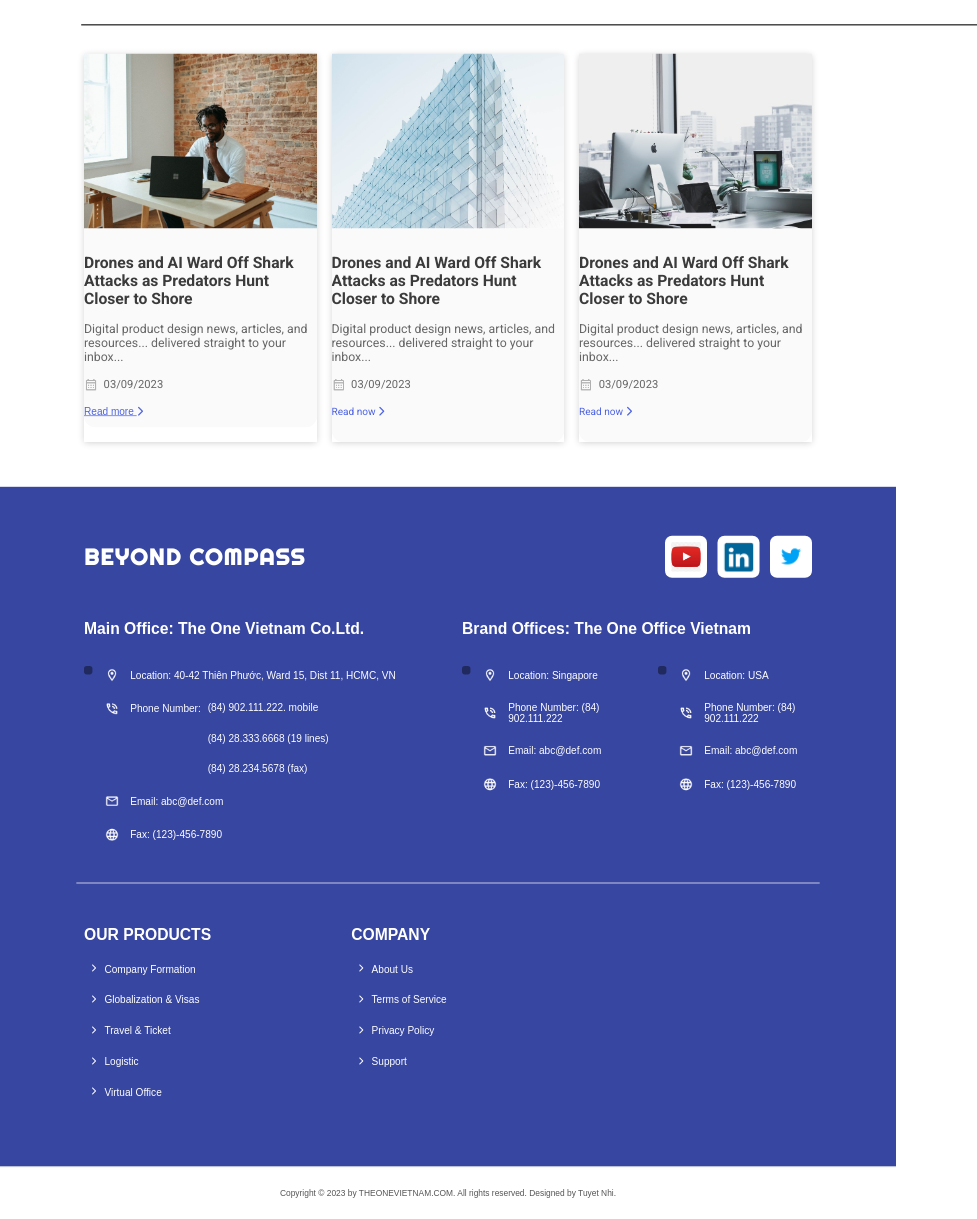
Repository: trunghau06/baitapRn
Page: pages/detailNews.html
These files come from the project's save history. The page is drawn as it stood at one moment and after a run of saves; the edit follows.
The browser window is 1280 px wide. The page is 1396 px wide, so the pictures cover 1396 px, including what lies to the right of the window. The pictures show the part of the page from y = 1359 to 3119 px (the page is 3100 px tall before and 3119 px after), at 70% of full size.
An inner scrolling area shows only its first screen.

Above is the page before, as saved 2025-10-12 12:14:08.

### pages/detailNews.html
<!DOCTYPE html>
<html lang="en">
<head>
    <meta charset="UTF-8">
    <meta name="viewport" content="width=device-width, initial-scale=1.0">
    <title>News</title>
    <link rel="stylesheet" href="../style/detailnews.css">
    <link rel="stylesheet" href="https://cdnjs.cloudflare.com/ajax/libs/font-awesome/6.5.1/css/all.min.css">
    <link href="https://fonts.googleapis.com/css2?family=Roboto:wght@400;700&display=swap" rel="stylesheet">
</head>
<body>
    <!-- Thanh Header -->
    <header>
        <div class="header-Page">
            <!-- Logo -->
            <div class="logo">BEYOND COMPASS</div>

            <!-- Navigation Menu -->
            <nav>
                <div class="menu-item"><a href="../index.html">HOME</a></div>
                <div class="menu-item"><a href="../pages/about.html">ABOUT US</a></div>
                <div class="menu-item"><a href="../pages/product.html">OUR PRODUCTS</a></div>
                <div class="menu-item active"><a href="../pages/news.html">NEWS</a></div>
                <div class="menu-item"><a href="../pages/team.html">OUR TEAM</a></div>
                <div class="menu-item"><a href="../pages/contact.html">CONTACT</a></div>
                <div class="menu-item"><a href="../pages/blogs.html">BLOGS</a></div>
            </nav>
        </div>
    </header>

    <div class="title-detail">
        <h1>
            Drones and AI Ward Off Shark Attacks<br>
            as Predators Hunt Closer to Shore
        </h1>

        <div class="time">
            <p>03/09/2023</p>

            <p>·</p>

            <p>7 minutes read</p>
        </div>
    </div>

    <div class="image-title">
        <img src="../Images/image_new_detail1.jpg" alt="">
    </div>

    <div class="content">
        <div class="left-content">
            <h2>
                Safeguarding Against Increasing Shark Attacks in
                Coastal Waters
            </h2>

            <p>
                In recent years, there has been a concerning rise in shark attacks in coastal waters around the
                world. As human activity in these areas continues to increase, so does the interaction between
                people and sharks. However, advancements in technology, specifically drones and artificial
                intelligence (AI), are offering promising solutions to safeguard against these incidents and
                protect beachgoers.
            </p>

            <p>
                One of the key advantages of drones is their ability to provide an aerial perspective of the coastal
                waters. Equipped with high-resolution cameras and real-time video streaming capabilities, drones
                can quickly and efficiently survey large stretches of coastline, identifying potential shark activity.
                This enables authorities to promptly alert beach authorities and visitors, allowing them to take
                necessary precautions or evacuate the area if needed.
            </p>

            <p>
                But it doesn't stop there. AI plays a crucial role in analyzing the vast amount of data collected by
                drones. By employing machine learning algorithms, AI systems can detect patterns and
                behaviors indicative of sharks. These algorithms can distinguish between different marine
                species, including sharks, based on their size, shape, and movement patterns. This automated
                analysis significantly reduces the time and effort required for human operators to manually
                review the drone footage, ensuring a more efficient and accurate identification process.
            </p>

            <p>
                In addition to real-time monitoring, drones equipped with AI can also act as early warning
                systems. By continuously monitoring the behavior of sharks in coastal waters, AI algorithms can
                predict the likelihood of an attack occurring. This proactive approach allows authorities to
                implement preventive measures such as deploying shark nets, increasing lifeguard presence, or
                even temporarily closing beaches during periods of heightened risk.
            </p>

            <h2>The Importance of Public Education and Awareness</h2>

            <p>
                Furthermore, the combination of drones and AI can facilitate rapid response strategies in the
                event of a shark sighting. Drones can quickly relay information to lifeguards or emergency
                responders, enabling them to reach the scene promptly and take appropriate action. This can
                include issuing warnings, guiding people away from the area, or initiating rescue operations if
                necessary.
            </p>

            <p>
                It's important to note that while drones and AI offer valuable tools in mitigating shark attacks,
                they should not be seen as a standalone solution. Public education and awareness programs are
                equally crucial in promoting responsible behavior and ensuring beachgoers understand the
                potential risks associated with entering the water. Additionally, ongoing research and
                collaboration between marine biologists, conservation organizations, and technology developers
                are vital in refining these technologies and enhancing their effectiveness over time.
            </p>

            <p>
                As we continue to navigate the delicate balance between human recreational activities and the
                natural environment, the integration of drones and AI in coastal safety measures represents a
                significant step forward. By harnessing the power of technology, we can better protect both
                humans and marine wildlife, creating a safer and more harmonious coexistence in our coastal
                waters.
            </p>

            <img src="../Images/image_new_detail2.jpg" alt="">
        </div>

        <div class="right-content">
            <div class="box-right">
                <h3>Summary</h3>

                <div class="number-active">
                    <button>1</button>

                    <p>
                        Safeguarding Against Increasing Shark
                        Attacks in Coastal Waters
                    </p>
                </div>

                <div class="number">
                    <button>2</button>

                    <p>
                        The Importance of Public Education and
                        Awareness
                    </p>
                </div>

                <div class="number">
                    <button>3</button>

                    <p>
                        Collaborating for Success: Scientists
                        Conservationists, and Technologists
                    </p>
                </div>

                <div class="number">
                    <button>4</button>

                    <p>
                        Striking a Balance: Protecting Humans
                        and Preserving Marine Ecosystems
                    </p>
                </div>
            </div>
        </div>
    </div>

    <div class="line-content"></div>

    <div class="box-section">
        <!-- box 1 -->
        <div class="box">
            <img src="../Images/image_new_2.jpg" alt="">

            <div class="content-box">
                <h4>
                    Drones and AI Ward Off Shark
                    Attacks as Predators Hunt Closer
                    to Shore
                </h4>

                <p>
                    Digital product design news, articles, and resources...
                    delivered straight to your inbox...
                </p>

                <div class="calendar-Box">
                    <img src="../Images/ic_calendar.png" alt="">

                    <p>03/09/2023</p>
                </div>

                <div class="detail-Box">
                    <a href="detailNews.html">Read more <i class="fas fa-chevron-right"></i></a>
                </div>
            </div>
        </div>

        <!-- box 2 -->
        <div class="box">
            <img src="../Images/image_new_3.jpg" alt="">

            <div class="content-box">
                <h4>
                    Drones and AI Ward Off Shark
                    Attacks as Predators Hunt Closer
                    to Shore
                </h4>

                <p>
                    Digital product design news, articles, and resources...
                    delivered straight to your inbox...
                </p>

                <div class="calendar-Box">
                    <img src="../Images/ic_calendar.png" alt="">

                    <p>03/09/2023</p>
                </div>

                <div class="detail-Box">
                    <p>Read now <i class="fas fa-chevron-right"></i></p>
                </div>
            </div>
        </div>

        <!-- box 3 -->
        <div class="box">
            <img src="../Images/image_new_4.jpg" alt="">

            <div class="content-box">
                <h4>
                    Drones and AI Ward Off Shark
                    Attacks as Predators Hunt Closer
                    to Shore
                </h4>

                <p>
                    Digital product design news, articles, and resources...
                    delivered straight to your inbox...
                </p>

                <div class="calendar-Box">
                    <img src="../Images/ic_calendar.png" alt="">

                    <p>03/09/2023</p>
                </div>

                <div class="detail-Box">
                    <p>Read now <i class="fas fa-chevron-right"></i></p>
                </div>
            </div>
        </div>
    </div>

    <!-- Footer -->
    <div class="footer">
        <!-- Header -->
        <div class="header-Footer">
            <h2>BEYOND COMPASS</h2>
            <div class="social-icons">
                <button><img src="../Images/youtube.png" alt="YouTube"></button>
                <button><img src="../Images/logo_linkedin.png" alt="LinkedIn"></button>
                <button><img src="../Images/image.png" alt="Twitter"></button>
            </div>
        </div>

        <!-- Offices -->
        <div class="offices">
            <!-- Main Office -->
            <div class="office">
                <h3>Main Office: The One Vietnam Co.Ltd.</h3>
                <div class="office-info">
                    <span class="square"></span>

                    <div class="content-info">
                        <p><img src="../Images/ic_map.png" alt="">Location: 40-42 Thiên Phước, Ward 15, Dist 11, HCMC, VN</p>

                        <div class="phone-group">
                            <p><img src="../Images/ic_phone.png" alt="">Phone Number: </p>

                            <div class="phone">
                                <p>(84) 902.111.222. mobile</p>
                                <p>(84) 28.333.6668 (19 lines)</p>
                                <p>(84) 28.234.5678 (fax)</p>
                            </div>
                        </div>

                        <p><img src="../Images/ic_email.png" alt="">Email: abc@def.com</p>
                        <p><img src="../Images/ic_global.png" alt="">Fax: (123)-456-7890</p>
                    </div>
                </div>
            </div>

            <!-- Brand Offices -->
            <div class="office">
                <h3>Brand Offices: The One Office Vietnam</h3>
                <div class="brand-offices">
                    <div class="office-info">
                        <span class="square"></span>

                        <div class="content-info">
                            <p><img src="../Images/ic_map.png" alt="Location">Location: Singapore</p>
                            <p><img src="../Images/ic_phone.png" alt="Phone">Phone Number: (84) 902.111.222</p>
                            <p><img src="../Images/ic_email.png" alt="Email">Email: abc@def.com</p>
                            <p><img src="../Images/ic_global.png" alt="Fax">Fax: (123)-456-7890</p>
                        </div>
                    </div>

                    <div class="office-info">
                        <span class="square"></span>

                        <div class="content-info">
                            <p><img src="../Images/ic_map.png" alt="">Location: USA</p>
                            <p></span><img src="../Images/ic_phone.png" alt="">Phone Number: (84) 902.111.222</p>
                            <p></span><img src="../Images/ic_email.png" alt="">Email: abc@def.com</p>
                            <p></span><img src="../Images/ic_global.png" alt="">Fax: (123)-456-7890</p>
                        </div>
                    </div>
                </div>
            </div>
        </div>

        <div class="line"></div>

        <div class="footer-links">
            <div class="link-column">
            <h4>OUR PRODUCTS</h4>
            <ul>
                <li><i class="fas fa-chevron-right"></i> Company Formation</li>
                <li><i class="fas fa-chevron-right"></i> Globalization & Visas</li>
                <li><i class="fas fa-chevron-right"></i> Travel & Ticket</li>
                <li><i class="fas fa-chevron-right"></i> Logistic</li>
                <li><i class="fas fa-chevron-right"></i> Virtual Office</li>
            </ul>
            </div>

            <div class="link-column">
            <h4>COMPANY</h4>
            <ul>
                <li><i class="fas fa-chevron-right"></i> About Us</li>
                <li><i class="fas fa-chevron-right"></i> Terms of Service</li>
                <li><i class="fas fa-chevron-right"></i> Privacy Policy</li>
                <li><i class="fas fa-chevron-right"></i> Support</li>
            </ul>
            </div>
        </div>

        <footer class="footer-bottom">
            <p>Copyright © 2023 by THEONEVIETNAM.COM. All rights reserved. Designed by Tuyet Nhi.</p>
        </footer>
    </div>
</body>
</html>

### style/detailnews.css
@import url('https://fonts.googleapis.com/css2?family=Righteous&display=swap');

* {
    margin: 0;
    padding: 0;
    box-sizing: border-box;
}

body {
    font-family: Arial, sans-serif;
}

/* Header */
.header-Page {
    position: fixed;
    top: 0;
    left: 0;
    width: 100%;
    margin: 0 auto;
    padding: 0 104px;
    display: flex;
    justify-content: space-between;
    align-items: center;
    height: 80px;
    background-color: white;
    z-index: 1000;
}


/* Logo */
.logo {
    font-family: 'Righteous', Arial, sans-serif;
    color: #2A367C;
    font-size: 1.8em;
    font-weight: 400;
}

/* Menu */
nav {
    display: flex;
    gap: 30px;
    align-items: flex-end;
    align-self: flex-end;
}

.menu-item {
    padding: 12px 16px 28px 16px;
    display: flex;
    justify-content: center;
    border-bottom: 4px solid transparent;
    transition: border-color 0.3s;
}

.menu-item:hover {
    border-bottom-color: #3746A0;
}

.menu-item.active {
    border-bottom-color: #3746A0;
}

.menu-item a {
    text-decoration: none;
    color: #666666;
    font-size: 1em;
    font-weight: 700;
    font-family: 'Roboto', Arial, sans-serif;
}

.title-detail {
    margin-top: 100px;
    width: 100%;
    display: flex;
    justify-items: center;
    align-items: center;
    text-align: center;
    flex-direction: column;
}

.title-detail h1 {
    font-size: 3em;
    font-weight: 700;
    color: #3B3B3B;
    line-height: 1.4;
    margin-bottom: 20px;
}

.time {
    width: 100%;
    display: flex;
    justify-content: center;
    align-items: center;
    gap: 12px;
    color: #B0B0B0;
    font-size: 1.4em;
}

.image-title {
    width: 100%;
    margin: 30px 0;
    display: flex;
    padding: 0 120px;
    justify-content: center;
}

.image-title img {
    width: 100%;
    aspect-ratio: 3/1;
    object-fit: cover;
}

.content {
    width: 100%;
    margin: 80px auto;
    display: flex;
    gap: 40px;
    padding: 0 160px;
    align-items: flex-start;
}

.left-content {
    width: 50%;
    display: flex;
    flex-direction: column;
    justify-items: flex-start;
    align-items: flex-start;
    overflow-y: auto;
    box-sizing: border-box;
    line-height: 1.6;
    height: 80vh;
    padding-right: 12px;
    scrollbar-width: none;
    -ms-overflow-style: none;
}

.left-content::-webkit-scrollbar {
    display: none;
}
.left-content h2 {
    font-size: 2em;
    color: #3B3B3B;
    margin-bottom: 32px;
}

.left-content p {
    font-size: 1.2em;
    color: #666666;
    margin-bottom: 32px;
}

.left-content img {
    width: 100%;
    aspect-ratio: 4/3;
    object-fit: cover;
}

.right-content {
    width: 50%;
    display: flex;
    flex-direction: column;
    justify-items: center;
    align-items: center;
}

.box-right {
    width: 90%;
    display: flex;
    flex-direction: column;
    justify-items: flex-start;
    align-items: flex-start;
    border: 1px solid #B0B0B0;
    border-radius: 24px;
    padding: 20px;
}

.box-right h3 {
    font-size: 2em;
    color: #3B3B3B;
    margin-bottom: 32px;
}

.number {
    width: 100%;
    display: flex;
    justify-items: flex-start;
    align-items: flex-start;
    gap: 12px;
}

.number button {
    width: 24px;
    height: 24px;
    flex-shrink: 0;
    border-radius: 50%;
    border: none;
    background-color: #EBEBEB;
    color: #B0B0B0;
    font-size: 1.4em;
    display: flex;
    justify-content: center;
    align-items: center;
}

.number p {
    font-size: 1.2em;
    color: #B0B0B0;
    margin-bottom: 32px;
    line-height: 1.5;
    letter-spacing: 1;
}

.number-active {
    width: 100%;
    display: flex;
    justify-items: flex-start;
    align-items: flex-start;
    gap: 12px;
}

.number-active button {
    width: 24px;
    height: 24px;
    flex-shrink: 0;
    border-radius: 50%;
    border: none;
    background-color: #666666;
    color: #FFFFFF;
    font-weight: bold;
    font-size: 1.4em;
    display: flex;
    justify-content: center;
    align-items: center;
}

.number-active p {
    font-size: 1.2em;
    color: #3B3B3B;
    margin-bottom: 32px;
    line-height: 1.5;
    letter-spacing: 1;line-height: 1.5;
    letter-spacing: 1;
}

.line-content {
    width: 100%;
    display: flex;
    margin: 0 116px;
    height: 2px;
    background: #3B3B3B;
}

.box-section {
    display: flex;
    flex-wrap: wrap;
    width: 100%;
    padding: 40px 120px;
    justify-content: space-between;
    align-items: stretch;
}

.box {
    width: 32%;
    overflow: hidden;
    display: flex;
    flex-direction: column;
    justify-items: center;
    align-items: center;
    padding: 0;
    margin-bottom: 24px;
    box-shadow: 0 2px 10px rgba(0,0,0,0.2);
}

.box img {
    width: 100%;
    aspect-ratio: 4/3;
    object-fit: cover;
}

.content-box {
    width: 100%;
    display: flex;
    flex-direction: column;
    align-items: flex-start;
    justify-content: flex-start;
    padding: 15px 0 15px 0;
    background-color: #FAFAFA;
    border-radius: 0 0 16px 16px;
}

.content-box h4 {
    font-family: 'Roboto', Arial, sans-serif;
    color: #3B3B3B;
    font-size: 1.4em;
    font-weight: 700;
    margin: 20px 0;
    justify-items: flex-start;
}

.content-box p {
    font-family: 'Roboto', Arial, sans-serif;
    font-size: 1.1em;
    font-weight: 400;
    margin-bottom: 20px;
    justify-items: flex-start;
    color: #666666 !important;
}

.calendar-Box {
    width: 100%;
    display: flex;
    align-items: center;
    gap: 8px;
    margin-bottom: 20px;
    justify-items: flex-start;
}

.calendar-Box img {
    width: 20px;
    height: 20px;
}

.calendar-Box p {
    font-family: 'Roboto', Arial, sans-serif;
    font-size: 1em;
    font-weight: 500;
    color: #B0B0B0;
    margin: 0;
}

.detail-Box {
    display: flex;
    width: 100%;
    font-size: 0.9em;
}

.content-box .detail-Box p {
    color: #4D63E2 !important;
    font-size: 1em;
}

.content-box .detail-Box a {
    color: #4D63E2 !important;
    font-size: 1em;
}

/* Footer */
.footer {
  display: flex;
  flex-direction: column;
  background-color: #3746A0;
}

.header-Footer {
    display: flex;
    justify-content: space-between;
    align-items: center;
    padding: 20px 120px;
    margin-top: 50px;
}

.header-Footer h2 {
    font-size: 2em;
    font-weight: bold;
    letter-spacing: 2px;
    font-family: 'Righteous', Arial, sans-serif;
    color: #FFFFFF;
}

.social-icons {
    display: flex;
    gap: 15px;
}

.social-icons button {
    background: #FFFFFF;
    border: none;
    cursor: pointer;
    width: 60px;
    height: 60px;
    border-radius: 10px;
    display: flex;
    align-items: center;
    justify-content: center;
}

.social-icons button img {
    width: 70%;
    height: 70%;
    object-fit: contain;
}

.offices {
    padding: 10px 120px;
    display: grid;
    grid-template-columns: 1fr 1fr;
    gap: 40px;
    margin-top: 30px;
}

.brand-offices {
    display: grid;
    grid-template-columns: 1fr 1fr;
    gap: 60px;
}

.office h3 {
    margin-bottom: 15px;
    font-size: 1.4em;
    color: #FFFFFF;
}

.office-info {
    position: relative;
    margin-bottom: 20px;
    display: flex;
    align-items: flex-start;
}

.office-info .square {
    position: absolute;
    left: 0;
    top: 25px;
    width: 12px;
    height: 12px;
    background: #202A5F;
    border-radius: 4px;
}

.content-info {
    padding-left: 30px;
}

.content-info p {
    margin: 28px 0;
    display: flex;
    align-items: center;
    font-size: 0.9em;
    color: #FFFFFF;
}

.phone-group {
    display: flex;
    justify-content: left;
    align-items: flex-start;
    gap: 10px;
}

.phone-group p {
    margin: 0;
    font-size: 0.9em;
    margin-bottom: 28px;
    color: #FFFFFF;
}

.phone-group .phone p:nth-of-type(3) {
    margin-bottom: 0;
}

.phone {
    display: flex;
    flex-direction: column;
    text-align: left;
}

.content-info img {
    width: 20px;
    height: 20px;
    margin-right: 16px;
    vertical-align: middle;
    filter: brightness(0) invert(1);
}

.line {
    width: 83%;
    height: 2px;
    background: rgba(255,255,255,0.5);
    margin: 0 auto 40px auto;
}

.footer-links {
  display: flex;
  justify-content: left;
  gap: 200px;
  padding: 20px 120px;
  margin-bottom: 50px;
}

.link-column h4 {
  margin-bottom: 15px;
  font-size: 1.4em;
  font-weight: bold;
  color: #FFFFFF;
  text-transform: uppercase;
}

.link-column ul {
  list-style: none;
  padding: 0 10px;
}

.link-column ul li {
  margin: 28px 0;
  font-size: 0.9em;
  display: flex;
  align-items: center;
  color: #FFFFFF;
}

.link-column ul li i {
  margin-right: 12px;
  font-size: 0.8em;
  color: #FFFFFF;
}

.footer-bottom {
  margin-top: auto;
  background: #fff;
  text-align: center;
  padding: 30px 0;
  font-size: 12px;
  color: #555;
  border-top: 1px solid #ddd;
}

After the next 2 saves:
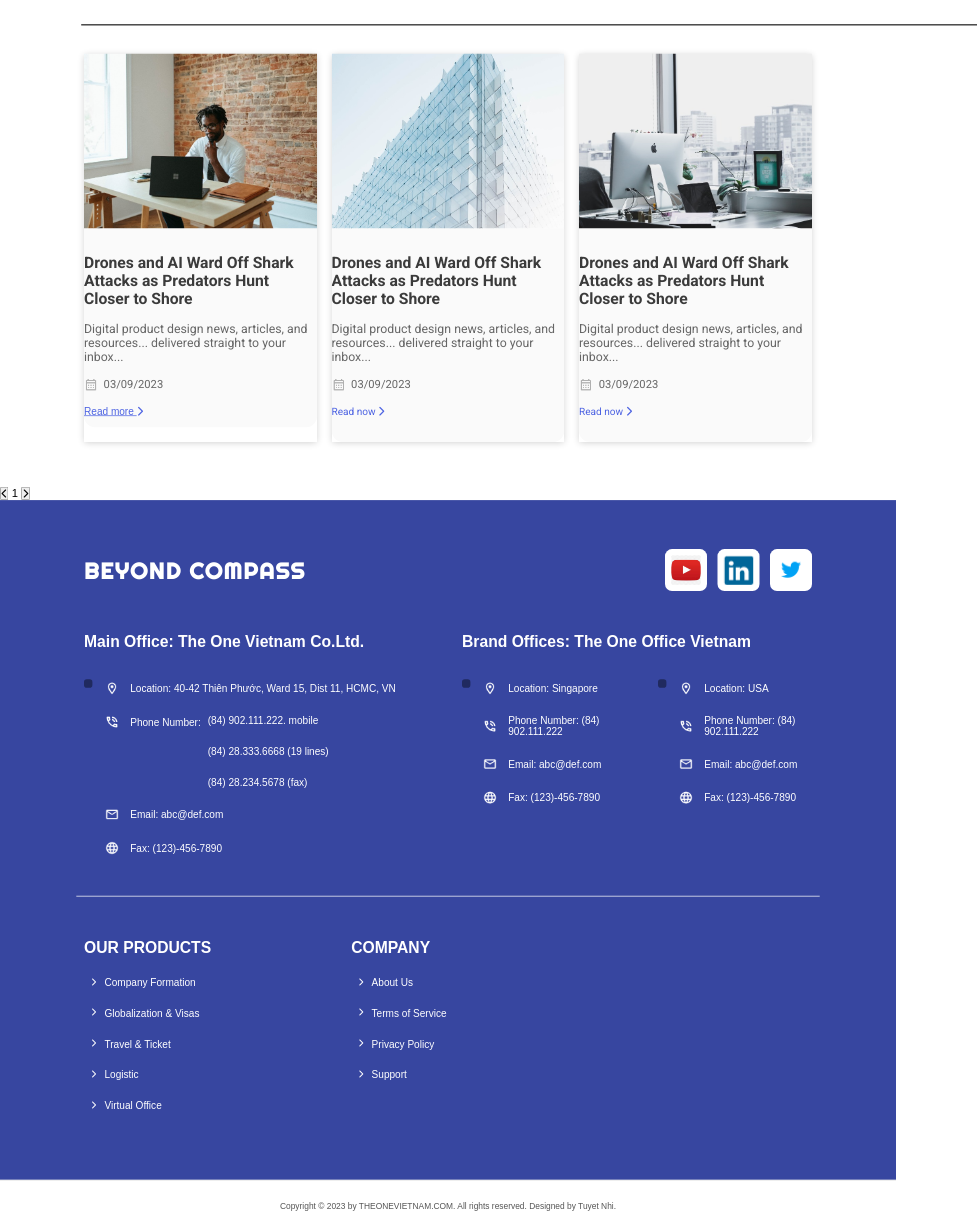
The 2 saves are shown as one change because they came seconds apart.
The last was saved 14 s later.
--- a/pages/detailNews.html
+++ b/pages/detailNews.html
@@ -248,6 +248,13 @@
         </div>
     </div>
 
+    <!-- Thanh so trang -->
+    <div class="pagination">
+        <button class="page-btn prev"><i class="fa-solid fa-chevron-left"></i></button>
+        <span class="page-number active">1</span>
+        <button class="page-btn next"><i class="fa-solid fa-chevron-right"></i></button>
+    </div>
+
     <!-- Footer -->
     <div class="footer">
         <!-- Header -->
